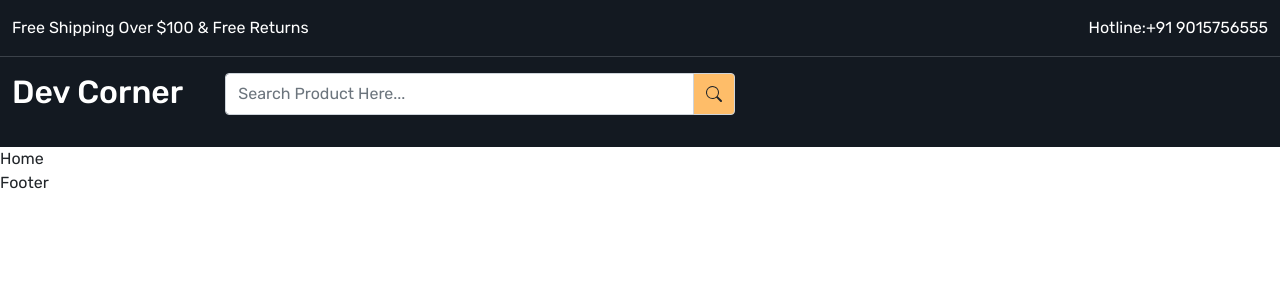
Repository: anamikatomar21/demo
Page: /
The author's editor kept a copy of each file at every save. The page is drawn from the files as they stood at one save, then again after the next save.
The browser window is 1280 px wide. The pictures show the whole page.
The project was rebuilt for these pictures with package versions that can differ from the ones it lists, and the page was loaded fresh each time. Also part of the build but not shown: src/pages/About.js, src/pages/Contact.js.

Above is the page before, as saved 2023-05-13 14:22:59.

### public/index.html
<!DOCTYPE html>
<html lang="en">
  <head>
    <meta charset="utf-8" />
    <link rel="icon" href="%PUBLIC_URL%/favicon.ico" />
    <meta name="viewport" content="width=device-width, initial-scale=1" />
    <meta name="theme-color" content="#000000" />
    <meta
      name="description"
      content="Web site created using create-react-app"
    />
    <link rel="apple-touch-icon" href="%PUBLIC_URL%/logo192.png" />
    <link
      href="https://cdn.jsdelivr.net/npm/bootstrap@5.0.2/dist/css/bootstrap.min.css"
      rel="stylesheet"
      integrity="sha384-EVSTQN3/azprG1Anm3QDgpJLIm9Nao0Yz1ztcQTwFspd3yD65VohhpuuCOmLASjC"
      crossorigin="anonymous"
    />
    <link rel="manifest" href="%PUBLIC_URL%/manifest.json" />
    <link rel="preconnect" href="https://fonts.googleapis.com" />
    <link rel="preconnect" href="https://fonts.gstatic.com" crossorigin />
    <link
      href="https://fonts.googleapis.com/css2?family=Rubik:ital,wght@0,300;0,400;0,500;0,800;1,600&display=swap"
      rel="stylesheet"
    />
    <title>Ecommerce App</title>
  </head>
  <body>
    <noscript>You need to enable JavaScript to run this app.</noscript>
    <div id="root"></div>
    <script
      src="https://cdn.jsdelivr.net/npm/bootstrap@5.0.2/dist/js/bootstrap.bundle.min.js"
      integrity="sha384-MrcW6ZMFYlzcLA8Nl+NtUVF0sA7MsXsP1UyJoMp4YLEuNSfAP+JcXn/tWtIaxVXM"
      crossorigin="anonymous"
    ></script>
  </body>
</html>

### src/App.js
import React from "react";
import { BrowserRouter, Routes, Route } from "react-router-dom";
import "./App.css";
import Layout from "./components/Layout";
import Home from "./pages/Home";
import About from "./pages/About";
import Contact from "./pages/Contact";

function App() {
  return (
    <>
      <BrowserRouter>
        <Routes>
          <Route path="/" element={<Layout />}>
            <Route index element={<Home />} />
            <Route path="about" element={<About />} />
            <Route path="contact" element={<Contact />} />
          </Route>
        </Routes>
      </BrowserRouter>
    </>
  );
}

export default App;

### src/App.css
* {
  margin: 0;
  padding: 0;
  box-sizing: border-box;
}

:root {
  --color-131921: #131921;
  --color-3b4149: #3b4149;
  --color-febd69: #febd69;
}
body {
  font-family: "Rubik", sans-serif;
}

a {
  text-decoration: none;
  display: inline-block;
}
.form-control:focus {
  border-color: inherit;
  box-shadow: none;
}
/* Header Part */

.header-top-strip {
  background-color: var(--color-131921);
  border-bottom: 1px solid var(--color-3b4149);
}

.header-upper {
  background-color: var(--color-131921);
}

.header-upper .input-group-text {
  background-color: var(--color-febd69);
}
/* Header Part End Here*/

### src/components/Layout.js
import React from "react";
import { Outlet } from "react-router-dom";
import Footer from "./Footer";
import Header from "./Header";

const Layout = () => {
  return (
    <>
      <Header />
      <Outlet />
      <Footer />
    </>
  );
};

export default Layout;

### src/components/Header.js
import React from "react";
import { NavLink, Link } from "react-router-dom";
import { BsSearch } from "react-icons/bs";

const Header = () => {
  return (
    <>
      <header className="header-top-strip py-3">
        <div className="container-xxl">
          <div className="row">
            <div className="col-6">
              <p className="text-white mb-0">
                Free Shipping Over $100 & Free Returns
              </p>
            </div>
            <div className="col-6">
              <p className="text-end text-white mb-0">
                Hotline:
                <a href="tel:+91 9015756555" className="text-white">
                  +91 9015756555
                </a>
              </p>
            </div>
          </div>
        </div>
      </header>

      <header className="header-upper py-3">
        <div className="container-xxl">
          <div className="row">
            <div className="col-2">
              <h2>
                <Link className="text-white">Dev Corner</Link>
              </h2>
            </div>
            <div className="col-5">
              <div className="input-group mb-3">
                <input
                  type="text"
                  className="form-control py-2"
                  placeholder="Search Product Here..."
                  aria-label="Search Product Here..."
                  aria-describedby="basic-addon2"
                />
                <span className="input-group-text" id="basic-addon2">
                  <BsSearch />
                </span>
              </div>
            </div>
            <div className="col-5"></div>
          </div>
        </div>
      </header>
    </>
  );
};

export default Header;

Loaded but not shown: src/index.js (common file); src/pages/Home.js (common file); src/components/Footer.js (common file)

After the next save:
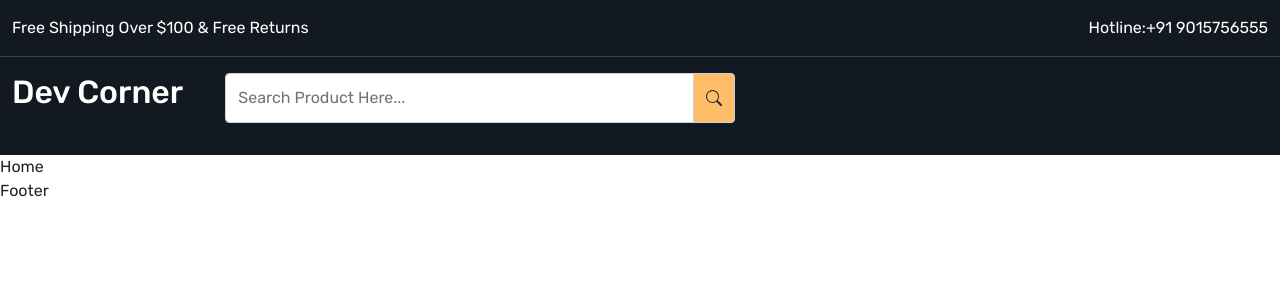
Saved 89 s later.
--- a/src/components/Header.js
+++ b/src/components/Header.js
@@ -42,7 +42,7 @@
                   aria-label="Search Product Here..."
                   aria-describedby="basic-addon2"
                 />
-                <span className="input-group-text" id="basic-addon2">
+                <span className="input-group-text py-3" id="basic-addon2">
                   <BsSearch />
                 </span>
               </div>
